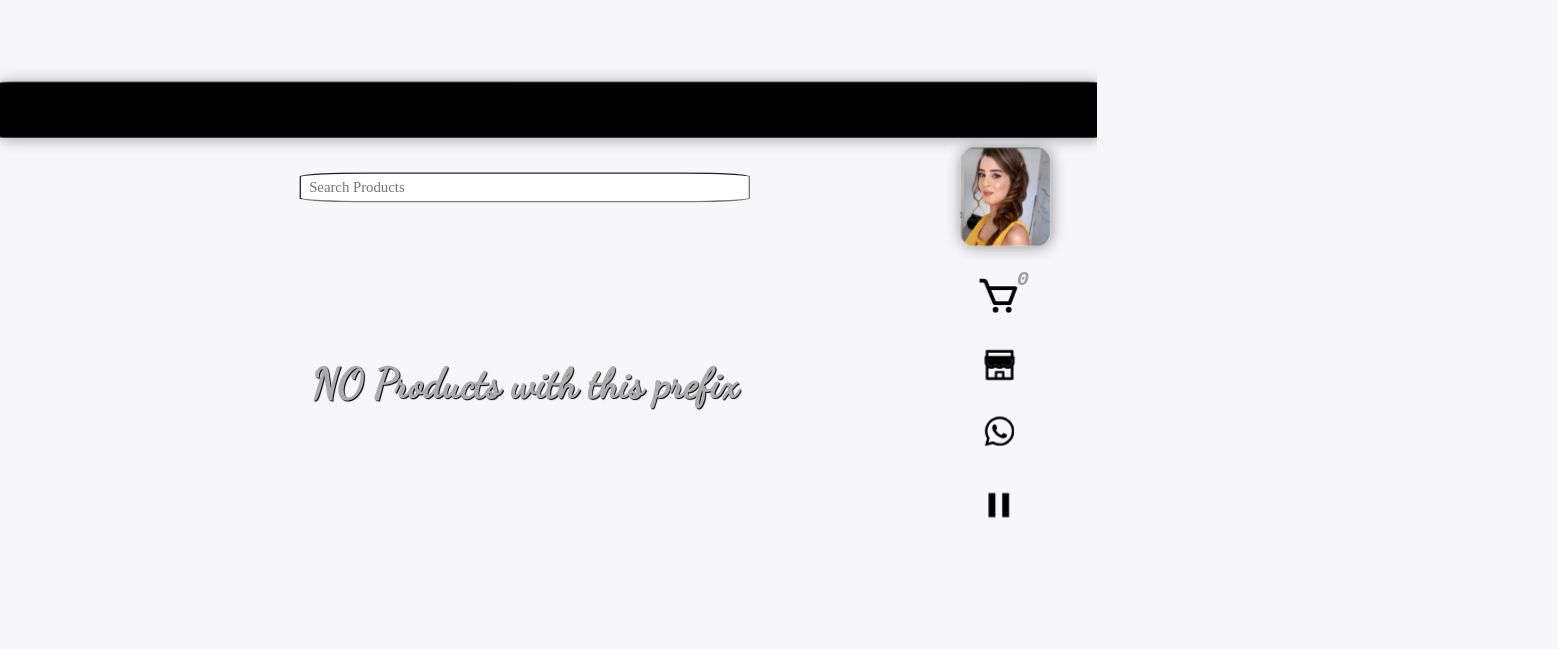
Repository: rehamAbass/BeautyCareShop
Page: /
The author's editor kept a copy of each file at every save. The page is drawn from the files as they stood at one save, then again after the next save.
The browser window is 1280 px wide. The page is 1338 px wide, then 1900 px, so the pictures cover 1900 px, including what lies to the right of the window. The pictures show the whole page, at 82% of full size.
The page's requests for data from a server got no answer. Some web fonts or font styles are not loaded; a fallback is used. The project was rebuilt for these pictures with package versions that can differ from the ones it lists, and the page was loaded fresh each time. No one was signed in, and anything a server would have sent is missing. Also part of the build but not shown: src/components/allProducts/prod/card.css, src/components/allProducts/prod/card.component.jsx, src/components/myCart/myCart.css, src/components/myCart/cartProduct/cartProduct.css, src/components/myCart/cartProduct/cartProduct.jsx, src/components/myCart/Payment/Pay.css, src/components/myCart/Payment/Pay.jsx, src/components/myCart/myCart.jsx. Imported but missing from the stored project, and not drawn on this page: src/components/header/music/ed.mp3.

Above is the page before, as saved 2022-06-08 17:38:08.

After the next save:
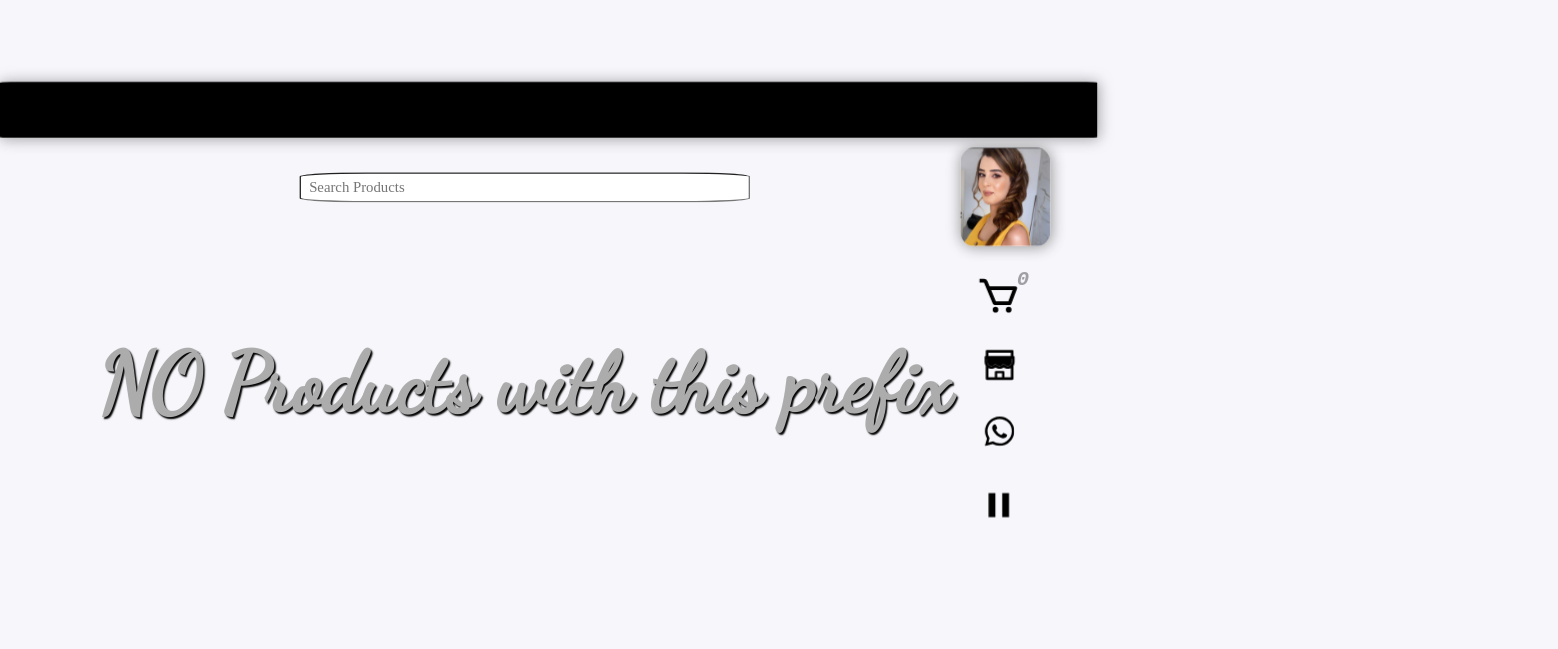
Saved 7 s later.
--- a/src/components/search-box/search-box.css
+++ b/src/components/search-box/search-box.css
@@ -12,7 +12,7 @@
     font-family: 'Dancing Script';
     font-weight: bolder;
     text-shadow: 1px 1px  1px rgb(0, 0, 0);
-    transform: scale(1);
+    transform: scale(2);
 }
 
 .search-box2 {
